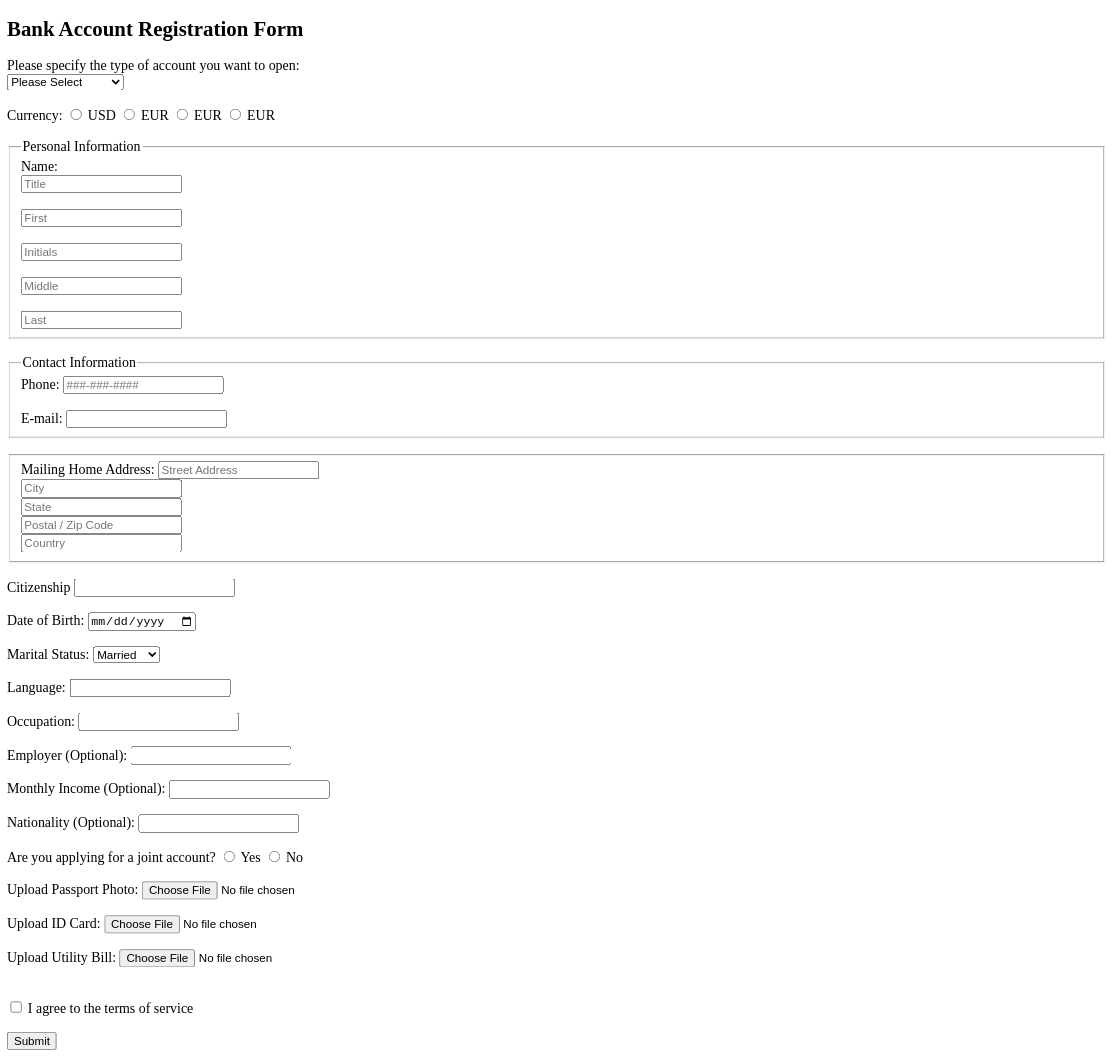
Repository: hizeetech/First-Assignment
Page: sign_up.html
The author's editor kept a copy of each file at every save. The page is drawn from the files as they stood at one save, then again after a run of saves.
The browser window is 1280 px wide. The pictures show the whole page, at 87% of full size.

Above is the page before, as saved 2024-11-09 03:06:47.

### sign_up.html
<!-- sign_up.html -->
<!DOCTYPE html>
<html lang="en">
<head>
    <meta charset="UTF-8">
    <meta name="viewport" content="width=device-width, initial-scale=1.0">
    <title>Bank Account Registration Form</title>

</head>
<body>

<div>
    <h2>Bank Account Registration Form</h2>
    <form action="#" method="post">

        <div>
            <label for="account-type">Please specify the type of account you want to open:</label><br>
            <select id="account-type" name="account_type" required>
                <option value="">Please Select</option>
                <option value="savings">Savings Account</option>
                <option value="current">Current Account</option>
                <option value="corporate">Corporate Account</option>
            </select>
        </div>
        <br>
        <div>
            <label>Currency:</label>
            <label><input type="radio" name="currency" value="NGN" required> USD</label>
            <label><input type="radio" name="currency" value="USD"> EUR</label>
            <label><input type="radio" name="currency" value="EUR"> EUR</label>
            <label><input type="radio" name="currency" value="POUNDS"> EUR</label>
        </div>
        <br>
        <div>
            <fieldset>
                <legend>Personal Information</legend>
            <label for="title">Name:</label>
            <div class="inline"><input type="text" id="title" name="title" placeholder="Title"></div><br>
            <div class="inline"><input type="text" name="first_name" placeholder="First" required></div><br>
            <div class="inline"><input type="text" name="initials" placeholder="Initials"></div><br>
            <div class="inline"><input type="text" name="middle_name" placeholder="Middle"></div><br>
            <input type="text" name="last_name" placeholder="Last" required><br>
            </fieldset>
        </div>
        <br>
        <div>
            <fieldset>
                <legend>Contact Information</legend>
            <label for="phone">Phone:</label>
            <input type="tel" id="phone" name="phone" placeholder="###-###-####" required>
        <br><br>
            <label for="email">E-mail:</label>
            <input type="email" id="email" name="email" required>
        </fieldset>
        </div>
        <br>
        <div>
            <fieldset>
            <label for="address">Mailing Home Address:</label>
            <input type="text" id="address" name="address" placeholder="Street Address" required>
            <div class="inline"><input type="text" name="city" placeholder="City" required></div>
            <div class="inline"><input type="text" name="state" placeholder="State" required></div>
            <div class="inline"><input type="text" name="postal_code" placeholder="Postal / Zip Code" required></div>
            <input type="text" name="country" placeholder="Country" required>
        </fieldset>
        </div>
        <br>
        <div>
            <label for="citizenship">Citizenship</label>
            <input type="citizenship" id="citizenship" name="citizenship" required>
        </div>
        <br>
        <div>
            <label for="dob">Date of Birth:</label>
            <input type="date" id="dob" name="dob" required>
        </div>
        <br>
        <div>
            <label for="marital-status">Marital Status:</label>
            <select id="marital-status" name="marital_status" required>
                <option value="married">Married</option>
                <option value="single">Single</option>
                <option value="divorced">Divorced</option>
                <option value="widowed">Widowed</option>
            </select>
        </div>
        <br>
        <div>
            <label for="language">Language:</label>
            <input type="text" id="language" name="language" required>
        </div>
        <br>
        <div>
            <label for="occupation">Occupation:</label>
            <input type="text" id="occupation" name="occupation" required>
        </div>
        <br>
        <div>
            <label for="employer">Employer (Optional):</label>
            <input type="text" id="employer" name="employer">
        </div>
        <br>
        <div>
            <label for="income">Monthly Income (Optional):</label>
            <input type="text" id="income" name="monthly_income">
        </div>
        <br>
        <div>
            <label for="nationality">Nationality (Optional):</label>
            <input type="text" id="nationality" name="nationality">
        </div>
        <br>
        <div>
            <label>Are you applying for a joint account?</label>
            <label><input type="radio" name="joint_account" value="yes"> Yes</label>
            <label><input type="radio" name="joint_account" value="no"> No</label>
        </div>
        <br>
        <div>
            <label for="passportPhoto">Upload Passport Photo:</label>
            <input type="file" id="passportPhoto" name="passportPhoto" accept="image/*" required><br><br>

            <label for="idCard">Upload ID Card:</label>
            <input type="file" id="idCard" name="idCard" accept="image/*" required><br><br>

            <label for="utilityBill">Upload Utility Bill:</label>
            <input type="file" id="utilityBill" name="utilityBill" accept="image/*" required><br><br>
        </div>
        <br>
        <div>
            <input type="checkbox" id="terms" name="terms" required>
            <label for="terms">I agree to the terms of service</a></label>
        </div>
        <br>
        <button type="submit" class="submit-btn">Submit</button>
    </form>
</div>

</body>
</html>

After the next 3 saves:
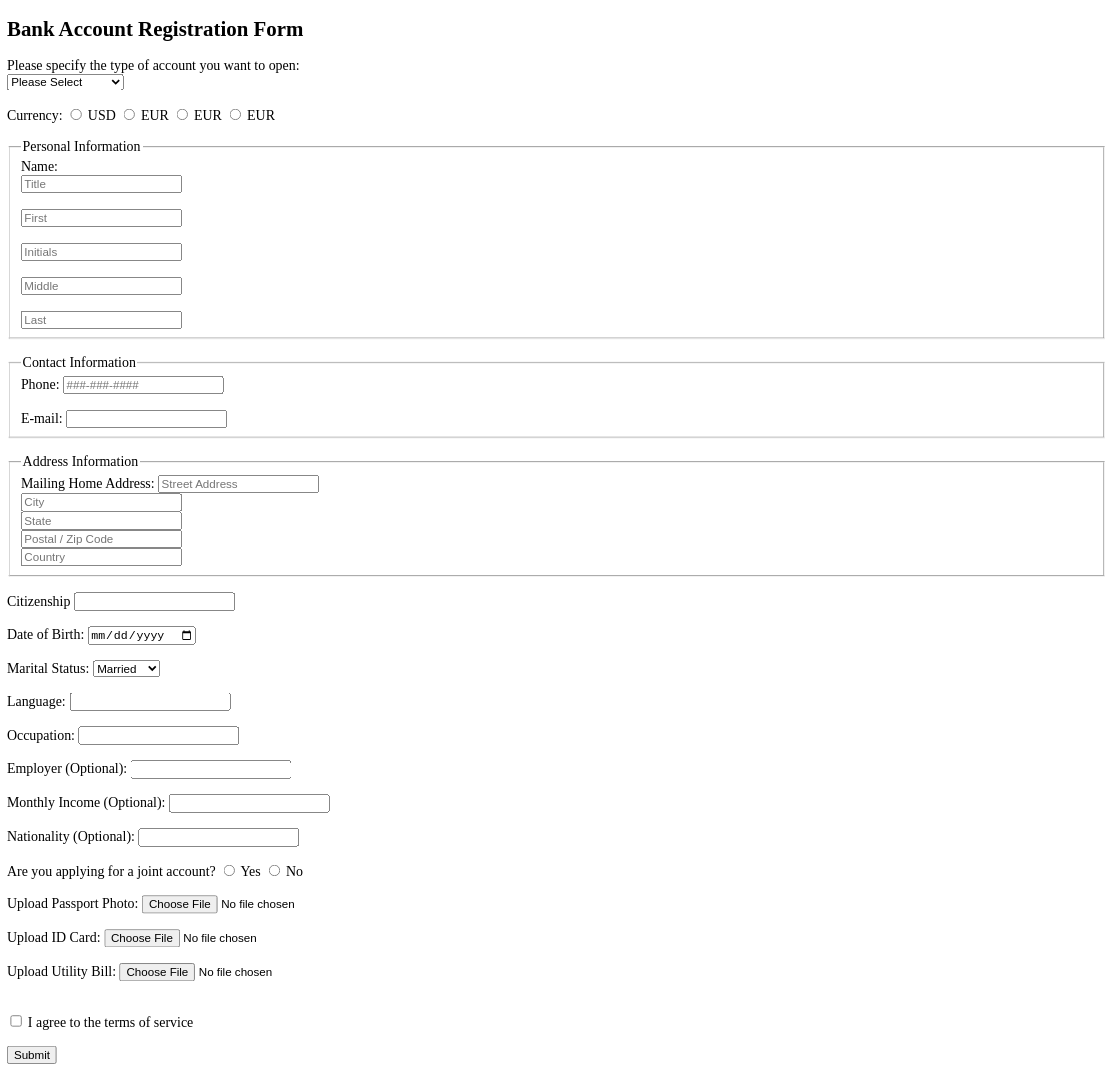
The 3 saves are shown as one change because they came seconds apart.
The last was saved 9 s later.
--- a/sign_up.html
+++ b/sign_up.html
@@ -56,6 +56,7 @@
         <br>
         <div>
             <fieldset>
+                <legend>Address Information</legend>
             <label for="address">Mailing Home Address:</label>
             <input type="text" id="address" name="address" placeholder="Street Address" required>
             <div class="inline"><input type="text" name="city" placeholder="City" required></div>
